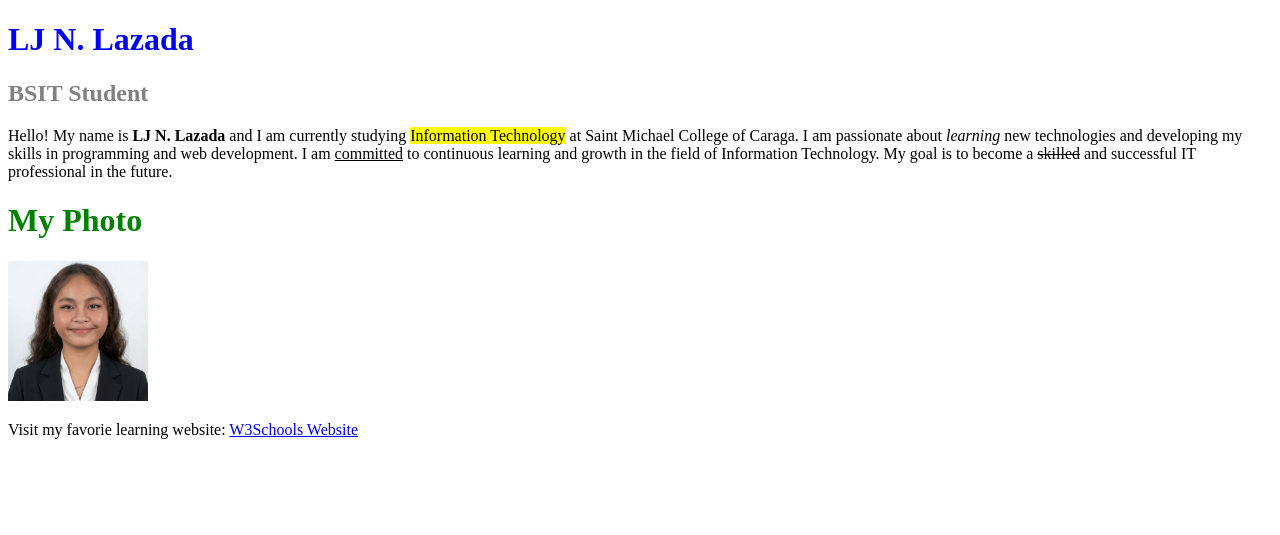
Repository: ljlazada11/myfirsthtml
Page: index.html
The author's editor kept a copy of each file at every save. The page is drawn from the files as they stood at one save, then again after the next save.
The browser window is 1280 px wide. The pictures show the whole page.

Above is the page before, as saved 2026-06-24 19:30:33.

After the next save:
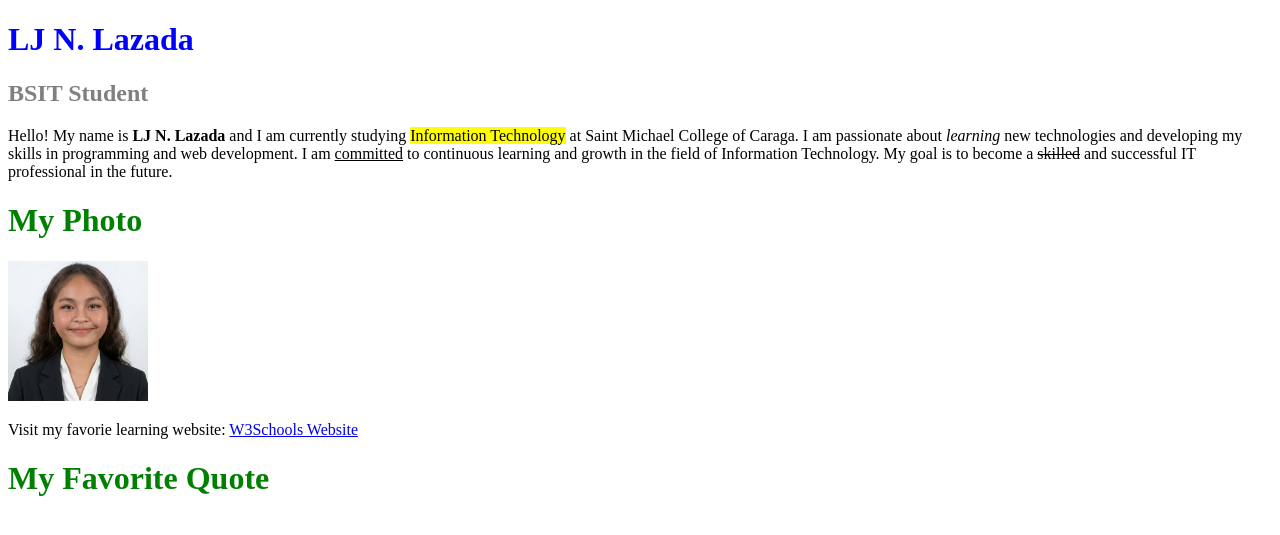
Saved 2 min 44 s later.
--- a/index.html
+++ b/index.html
@@ -16,4 +16,7 @@
     <img src="pic.jpg" alt="My	Profile	Picture" width="140" height="140">
     <p> Visit my favorie learning website: <a href="https://www.w3schools.com/html/default.asp" target="_blank">W3Schools	Website</a></p>
 
+    <body>
+    <h1 style="color:green;">My Favorite Quote</h1>
+    </body>
 </html>
